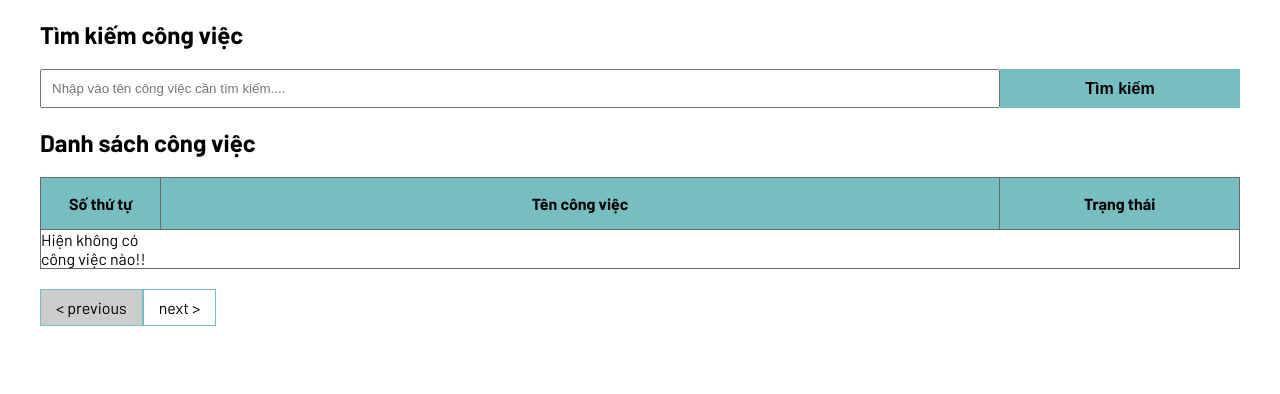
Repository: OkazakiTruong/searchReact
Page: /
An editor plug-in stored every save of this project. The page is shown before and after the next save, followed by the edit.
The browser window is 1280 px wide. The pictures show the whole page.
The page's requests for data from a server got no answer. The project was rebuilt for these pictures with package versions that can differ from the ones it lists, and the page was loaded fresh each time. No one was signed in, and anything a server would have sent is missing. Also part of the build but not shown: vite.config.js.

Above is the page before, as saved 2024-01-11 19:39:24.

### src/App.jsx
import React from "react";
import { SearchAppContainer } from "./SearchApp/SearchAppContainer";

export const App = () => {
  return (
    <div className="app">
      <SearchAppContainer />
    </div>
  );
};

### src/index.css
@import url("https://fonts.googleapis.com");
@import url("https://fonts.gstatic.com");
@import url("https://fonts.googleapis.com/css2?family=Barlow:ital,wght@0,100;0,200;0,300;0,400;0,500;0,600;0,700;0,800;0,900;1,100;1,200;1,300;1,400;1,500;1,600;1,700;1,800;1,900&display=swap");

* {
  padding: 0;
  margin: 0;
  box-sizing: border-box;
}

body {
  font-family: "Barlow", sans-serif;
}
ul,
li {
  list-style: none;
}

.app {
  max-width: 1250px;
  padding: 0 25px;
  margin: 0 auto;
}

### src/SearchApp/SearchAppContainer.jsx
import React, { useCallback, useEffect, useState } from "react";
import { ListTodo } from "./Todo/ListTodo";
import { Search } from "./Search/Search";
import { Pagination } from "./Pagination/Pagination";

export const SearchAppContainer = () => {
  const [todos, setTodos] = useState(null);
  const [totalPage, setTotalPage] = useState(null);
  const [currentPage, setCurrentPage] = useState(1);
  useEffect(() => {
    //fetch api
    fetch(`https://jsonplaceholder.typicode.com/todos?_page=${currentPage}`, {
      method: "GET",
      headers: {
        "Content-type": "application/json",
      },
    })
      .then((response) => {
        // console.log(response);
        // setTotalTodos(+response.headers.get("x-total-count"));
        setTotalPage(Math.ceil(+response.headers.get("x-total-count") / 10));
        return response.json();
      })
      .then((data) => {
        console.log(data);
        setTodos(data);
      });
  }, [currentPage]);
  const handlePageClick = (event) => {
    setCurrentPage(++event.selected);
  };
  return (
    <div>
      <Search todos={todos} />
      <ListTodo todos={todos} />
      <Pagination totalPage={totalPage} handlePageClick={handlePageClick} />
    </div>
  );
};

### src/SearchApp/Todo/ListTodo.jsx
import React from "react";
import "./listTodo.css";

export const ListTodo = ({ todos }) => {
  return (
    <>
      <h2>Danh sách công việc</h2>
      <table>
        <tbody>
          <tr>
            <th className="numerical-order">Số thứ tự</th>
            <th className="todo-name">Tên công việc</th>
            <th className="status">Trạng thái</th>
          </tr>
          {!todos
            ? "Hiện không có công việc nào!!"
            : todos.map((todo, index) => (
                <tr key={todo.id}>
                  <td>{todo.id}</td>
                  <td>{todo.title}</td>
                  <td>
                    {todo.completed ? "Đã hoàn thành" : "Chưa hoàn thành"}
                  </td>
                </tr>
              ))}
        </tbody>
      </table>
    </>
  );
};

### src/SearchApp/Search/Search.jsx
import React from "react";
import "./Search.css";

export const Search = () => {
  return (
    <div className="search-container">
      <h2>Tìm kiếm công việc</h2>
      <form action="#">
        <div className="search-bar">
          <input
            type="text"
            placeholder="Nhập vào tên công việc cần tìm kiếm...."
          />
          <button>Tìm kiếm</button>
        </div>
      </form>
    </div>
  );
};

### src/SearchApp/Pagination/Pagination.jsx
import React from "react";
import ReactPaginate from "react-paginate";
import "./pagination.css";

export const Pagination = ({ totalPage, handlePageClick }) => {
  return (
    <div className="pagination-container">
      <ReactPaginate
        nextLabel="next >"
        onPageChange={handlePageClick}
        pageRangeDisplayed={3}
        marginPagesDisplayed={2}
        pageCount={totalPage}
        previousLabel="< previous"
        pageClassName="page-item"
        pageLinkClassName="page-link"
        previousClassName="page-item"
        previousLinkClassName="page-link"
        nextClassName="page-item"
        nextLinkClassName="page-link"
        breakLabel="..."
        breakClassName="page-item"
        breakLinkClassName="page-link"
        containerClassName="pagination"
        activeClassName="active"
        renderOnZeroPageCount={null}
      />
    </div>
  );
};

### src/SearchApp/Todo/listTodo.css
table {
  width: 100%;
}
table,
th,
td {
  border: 1px solid #696969;
  border-collapse: collapse;
}
th,
td {
  padding: 16px;
}
th {
  background-color: #77bec0;
}
th.todo-name {
  width: 70%;
}
th.numeric-order {
  width: 10%;
}
th.status {
  width: 20%;
}

h2 {
  margin-bottom: 20px;
}

### src/SearchApp/Search/Search.css
.search-container {
  margin: 20px 0;
}
.search-bar {
  display: flex;
  width: 100%;
}
input {
  width: 80%;
  padding: 10px;
}
button {
  width: 20%;
  cursor: pointer;
  background-color: #77bec0;
  border: #77bec0;
  font-weight: 600;
  font-size: 16px;
}

### src/SearchApp/Pagination/pagination.css
.pagination-container {
  margin: 20px 0 !important;
}
.pagination {
  display: flex;
}
.pagination .page-link {
  border: 1px solid #77bec0;
  display: block;
  padding: 8px 15px;
  cursor: pointer;
  user-select: none;
}

.pagination .page-link:hover {
  background-color: #e4e4e4;
}

.active {
  background-color: #77bec0;
}

.disabled {
  background-color: #ccc;
  cursor: not-allowed;
}

Loaded but not shown: index.html (common file); src/main.jsx (common file)

After the next save:
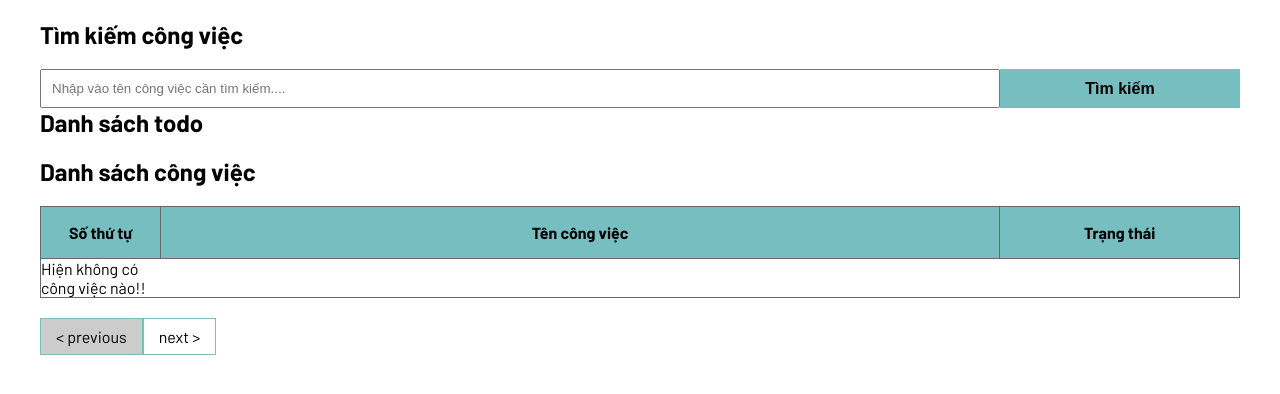
Saved 32 s later.
--- a/src/SearchApp/Search/Search.jsx
+++ b/src/SearchApp/Search/Search.jsx
@@ -14,6 +14,9 @@
           <button>Tìm kiếm</button>
         </div>
       </form>
+      <div>
+        <h2>Danh sách todo</h2>
+      </div>
     </div>
   );
 };

After the 3 saves that followed:
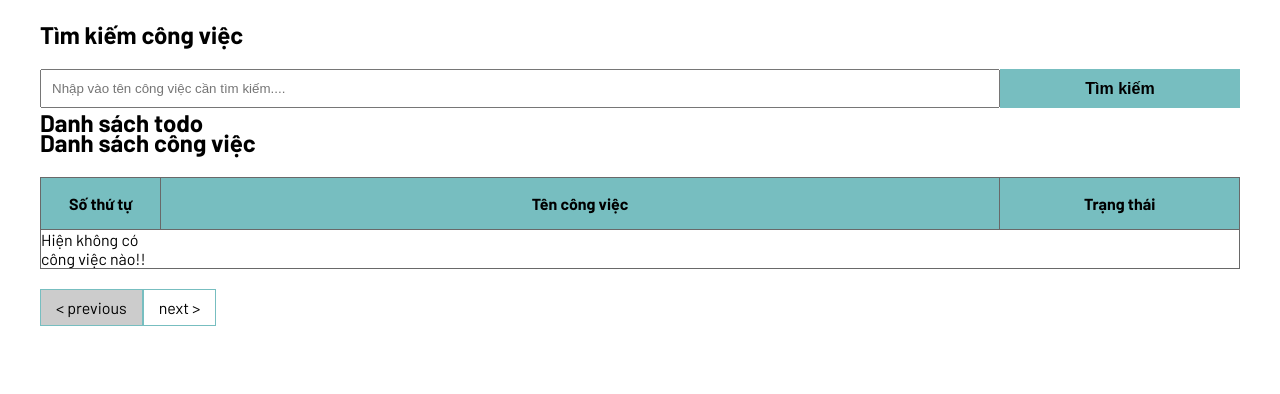
The 3 saves are shown as one change because 2 left the picture as it was.
The last was saved 2 min 19 s later.
--- a/src/SearchApp/Search/Search.jsx
+++ b/src/SearchApp/Search/Search.jsx
@@ -15,7 +15,7 @@
         </div>
       </form>
       <div>
-        <h2>Danh sách todo</h2>
+        <h2 className="search-suggest">Danh sách todo</h2>
       </div>
     </div>
   );
--- a/src/SearchApp/Search/Search.css
+++ b/src/SearchApp/Search/Search.css
@@ -1,10 +1,3 @@
-.search-container {
-  margin: 20px 0;
-}
-.search-bar {
-  display: flex;
-  width: 100%;
-}
 input {
   width: 80%;
   padding: 10px;
@@ -17,3 +10,13 @@ button {
   font-weight: 600;
   font-size: 16px;
 }
+.search-container {
+  margin: 20px 0;
+}
+.search-bar {
+  display: flex;
+  width: 100%;
+}
+.search-suggest {
+  position: absolute;
+}
